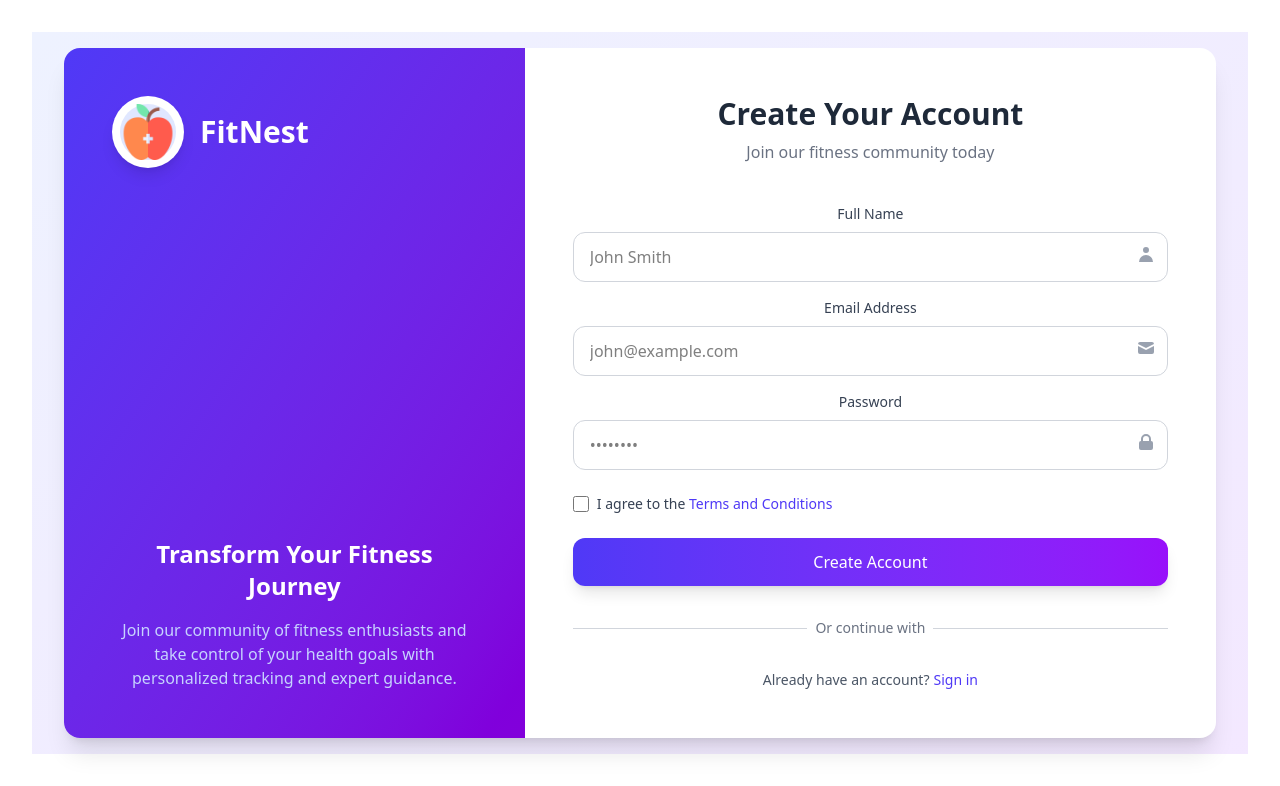
Repository: aryan151pratap/FitPanda
Page: / (app in frontened/)
The author's editor kept a copy of each file at every save. The page is drawn from the files as they stood at one save, then again after the next save.
The browser window is 1280 px wide. The pictures show the whole page.
The project was rebuilt for these pictures with package versions that can differ from the ones it lists, and the page was loaded fresh each time. Also part of the build but not shown: frontened/vite.config.js.

Above is the page before, as saved 2025-06-03 23:30:39.

After the next save:
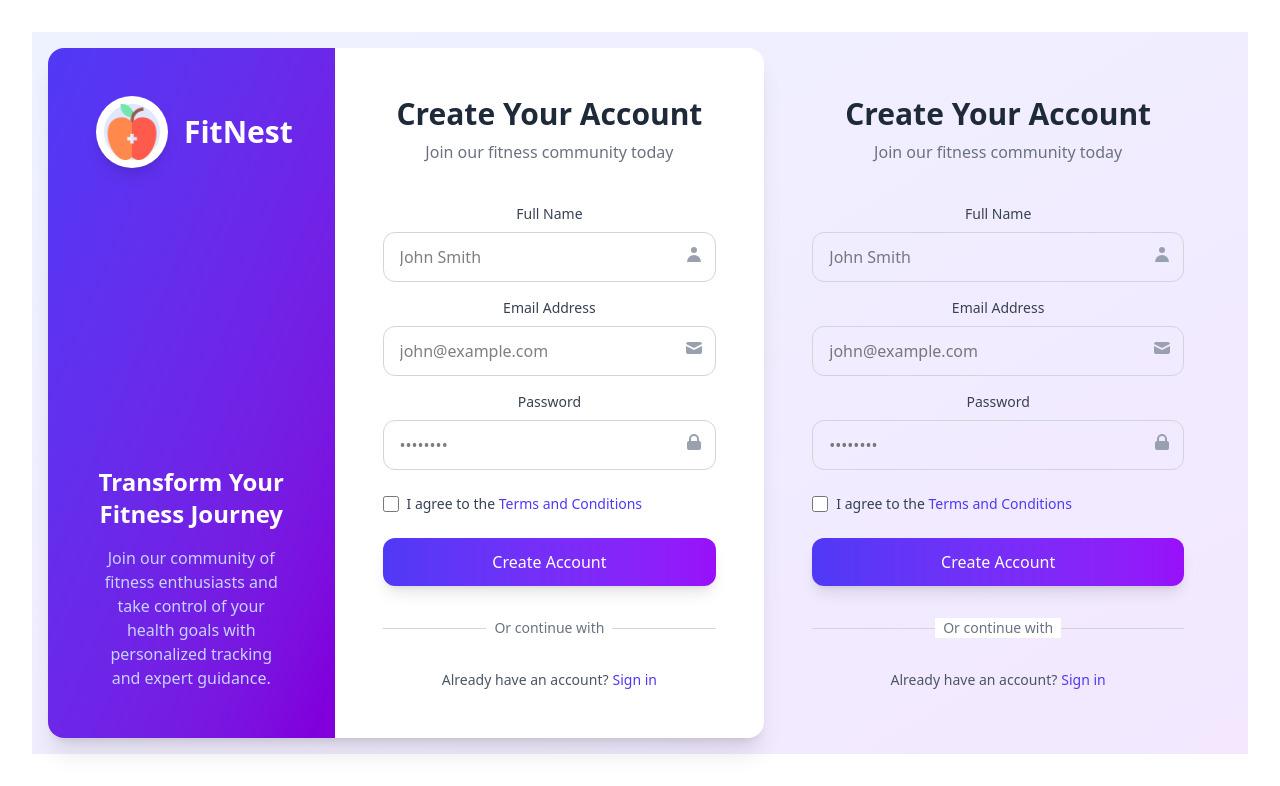
Saved 119 s later.
--- a/frontened/src/login/sign_up.jsx
+++ b/frontened/src/login/sign_up.jsx
@@ -136,7 +136,7 @@ function Sign_up() {
           </div>
         </div>
       </div>
-	  <otp/>
+	  <Otp/>
     </div>
   );
 }
